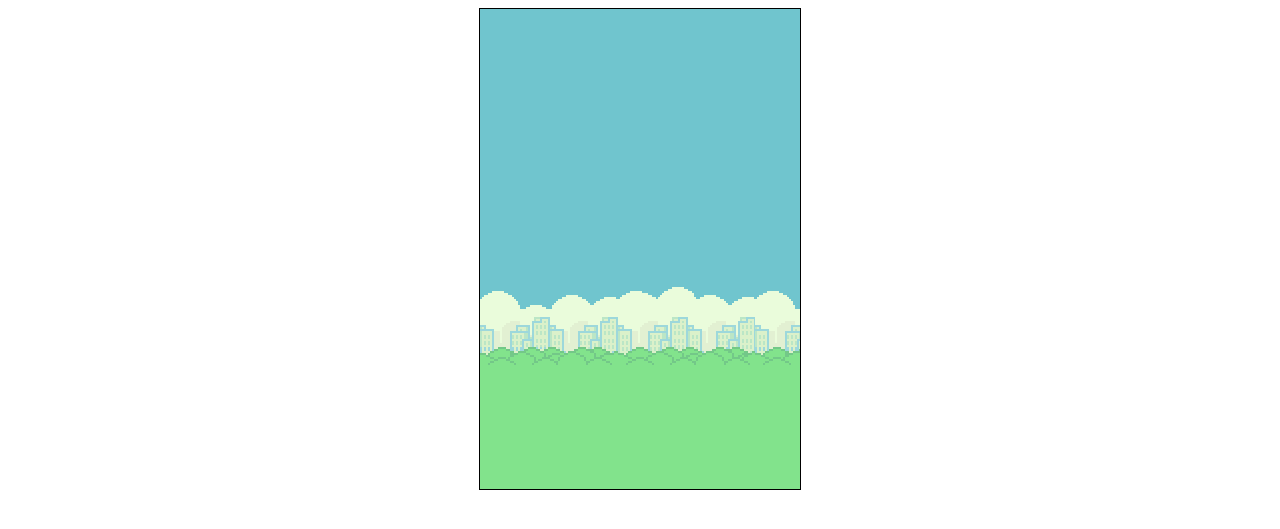
Repository: GoodHoneyCake/Flappy_Bird_Game
Page: index.html
An editor plug-in stored every save of this project. The page is shown before and after the next save, followed by the edit.
The browser window is 1280 px wide. The pictures show the whole page.

Above is the page before, as saved 2021-02-01 14:02:57.

### index.html
<!DOCTYPE html>
<html lang="en">
  <head>
    <meta charset="UTF-8" />
    <meta name="viewport" content="width=device-width, initial-scale=1.0" />
    <title>Original Flappy Bird - JavaScript</title>
    <link rel="preconnect" href="https://fonts.gstatic.com" />
    <link
      href="https://fonts.googleapis.com/css2?family=Teko:wght@700&display=swap"
      rel="stylesheet"
    />
    <link rel="stylesheet" href="style.css" />
  </head>
  <body>
    <canvas id="bird" width="320" height="480"></canvas>
    <script src="game.js"></script>
  </body>
</html>

### style.css
* {
  font-family: "Teko", sans-serif;
}

canvas {
  border: 1px solid #000;
  display: block;
  margin: 0 auto;
}

### game.js
"use strict";

const cvs = document.getElementById("bird");
const ctx = cvs.getContext("2d");

// Game vars and consts
let frames = 0;

// Load sprite image
const sprite = new Image();
sprite.src = "img/sprite.png";

// Background
const bg = {
  sX: 0,
  sY: 0,
  w: 275,
  h: 226,
  x: 0,
  y: cvs.height - 226,
  draw: function () {
    ctx.drawImage(
      sprite,
      this.sX,
      this.sY,
      this.w,
      this.h,
      this.x,
      this.y,
      this.w,
      this.h
    );
    ctx.drawImage(
      sprite,
      this.sX,
      this.sY,
      this.w,
      this.h,
      this.x + this.w,
      this.y,
      this.w,
      this.h
    );
  },
};

// Draw
function draw() {
  ctx.fillStyle = "#70c5ce";
  ctx.fillRect(0, 0, cvs.width, cvs.height);

  bg.draw();
}

// Update
function update() {}

// Loop
function loop() {
  update();
  draw();
  frames++;

  requestAnimationFrame(loop);
}
loop();

After the next save:
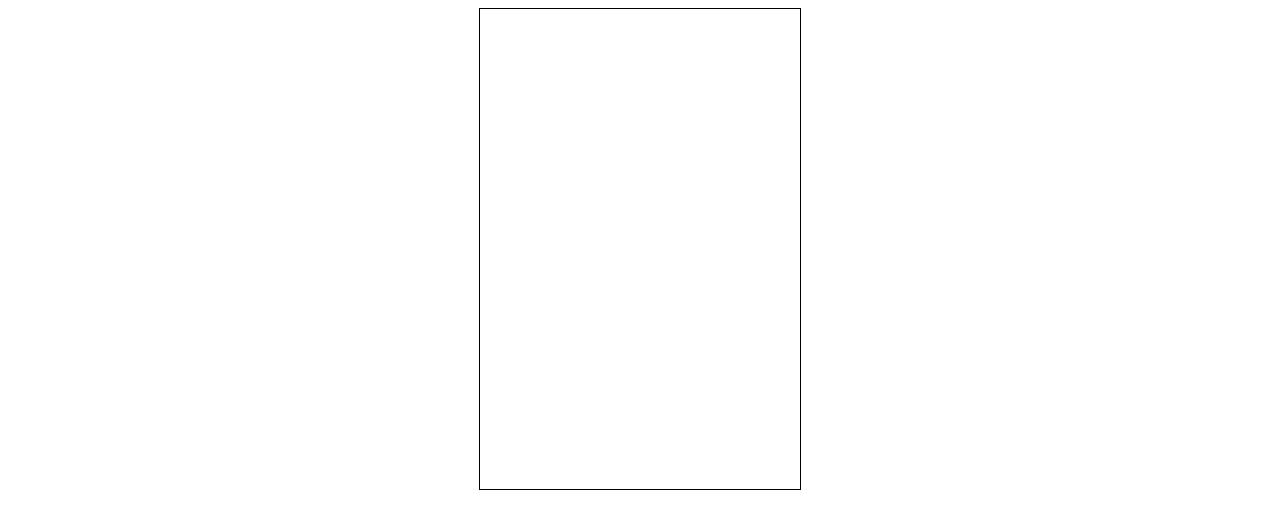
Console error: SyntaxError: Unexpected token ':'
Saved 44 s later.
--- a/game.js
+++ b/game.js
@@ -44,6 +44,17 @@
   },
 };
 
+//Foreground
+const fg = {
+    sX:
+    sY:
+    w:
+    h:
+    x:
+    y:
+    draw:function(){}
+}
+
 // Draw
 function draw() {
   ctx.fillStyle = "#70c5ce";

After the 2 saves that followed:
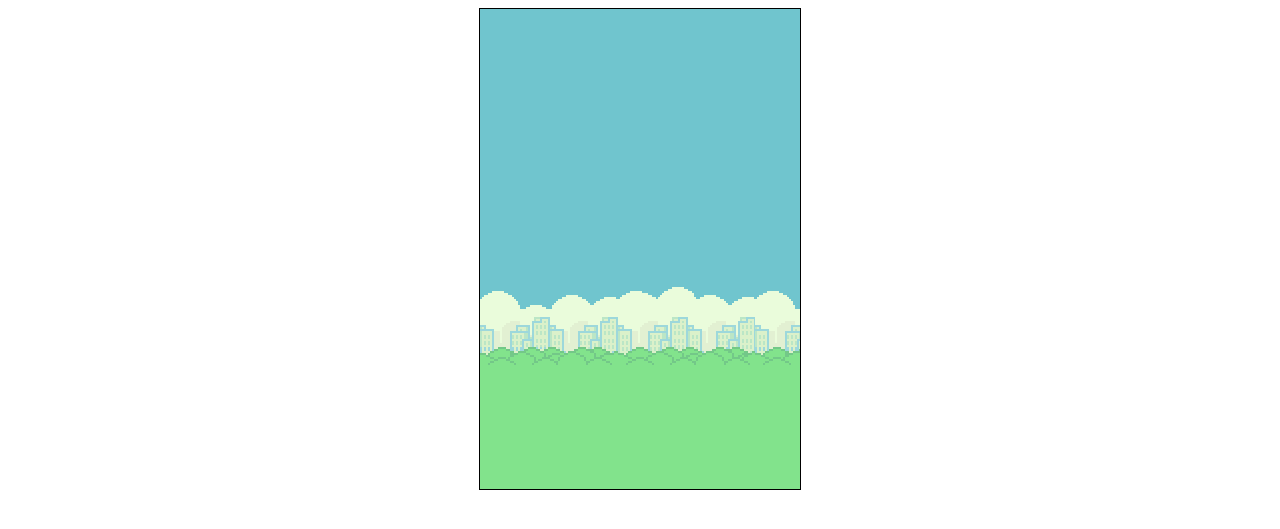
The error is gone.
The 2 saves are shown as one change because they came seconds apart.
The last was saved 19 s later.
--- a/game.js
+++ b/game.js
@@ -46,14 +46,14 @@
 
 //Foreground
 const fg = {
-    sX:
-    sY:
-    w:
-    h:
-    x:
-    y:
-    draw:function(){}
-}
+  sX: 276,
+  sY: 0,
+  w: 224,
+  h: 112,
+  x: 0,
+  y: cvs.height - 112,
+  draw: function () {},
+};
 
 // Draw
 function draw() {
